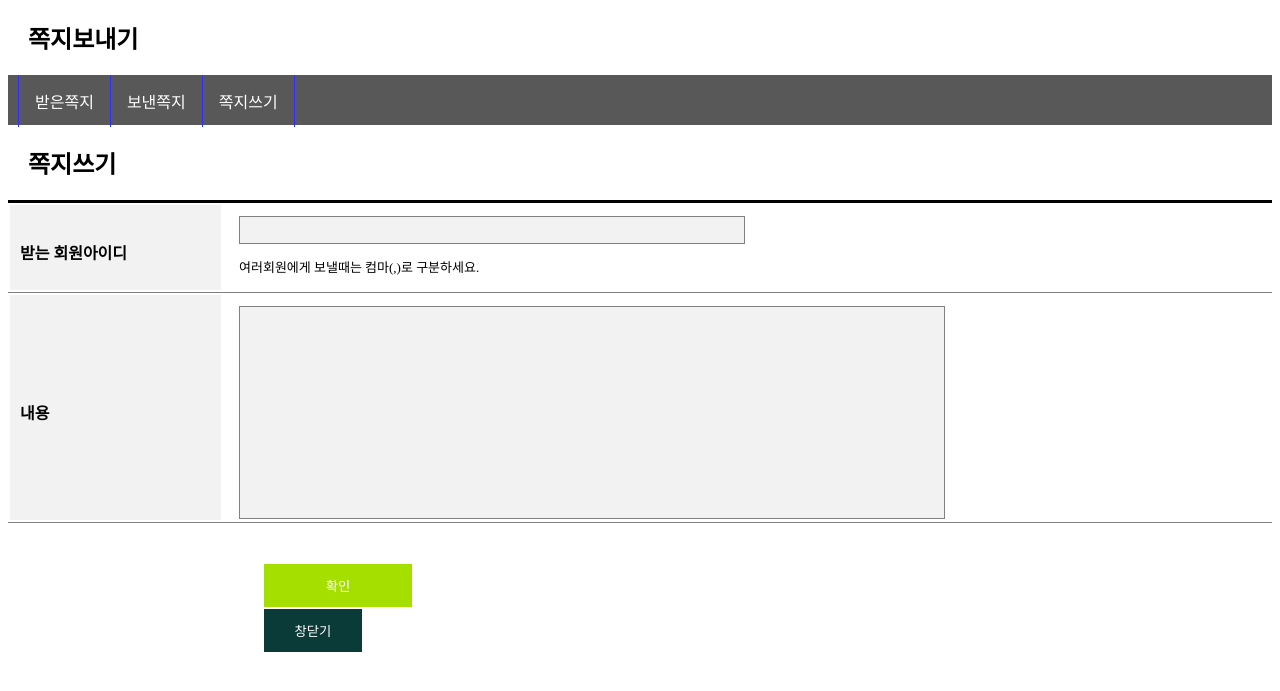
Repository: ks12b0000/JSP-School-Class
Page: chap10_JSP/src/main/webapp/Test/sendMessage.html
These files come from the project's save history. The page is drawn as it stood at one moment and after the next save; the edit follows.
The browser window is 1280 px wide. The pictures show the whole page.

Above is the page before, as saved 2022-06-04 11:53:10.

After the next save:
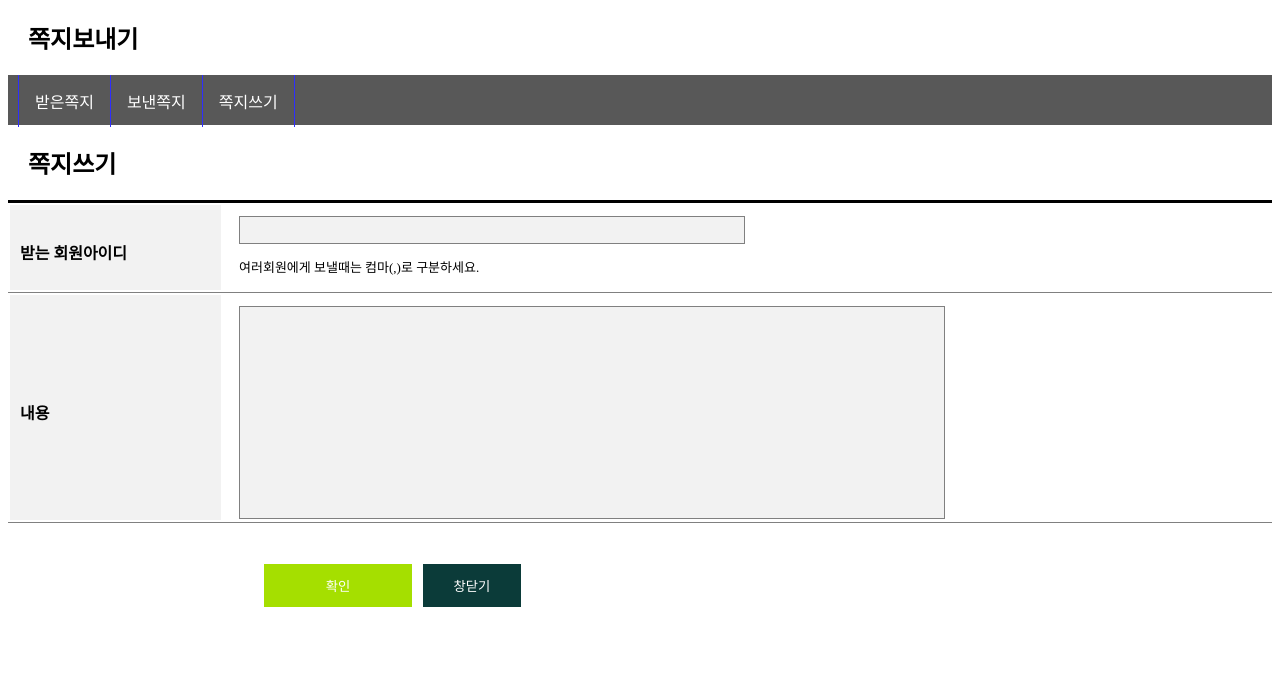
Saved 11 s later.
--- a/chap10_JSP/src/main/webapp/Test/sendMessage.html
+++ b/chap10_JSP/src/main/webapp/Test/sendMessage.html
@@ -29,8 +29,8 @@
 		</tr>
 	</table>
 	<div class="button">
-		<a href="#"><input id="Confirm" type="button" value="확인" /></a><br/>
-		<a href="messageBox.html"><input id="close" type="button" value="창닫기" /></a><br/>
+		<a href="#"><input id="Confirm" type="button" value="확인" /></a>
+		<a href="messageBox.html"><input id="close" type="button" value="창닫기" /></a>
 	</div>
 </body>
 </html>
